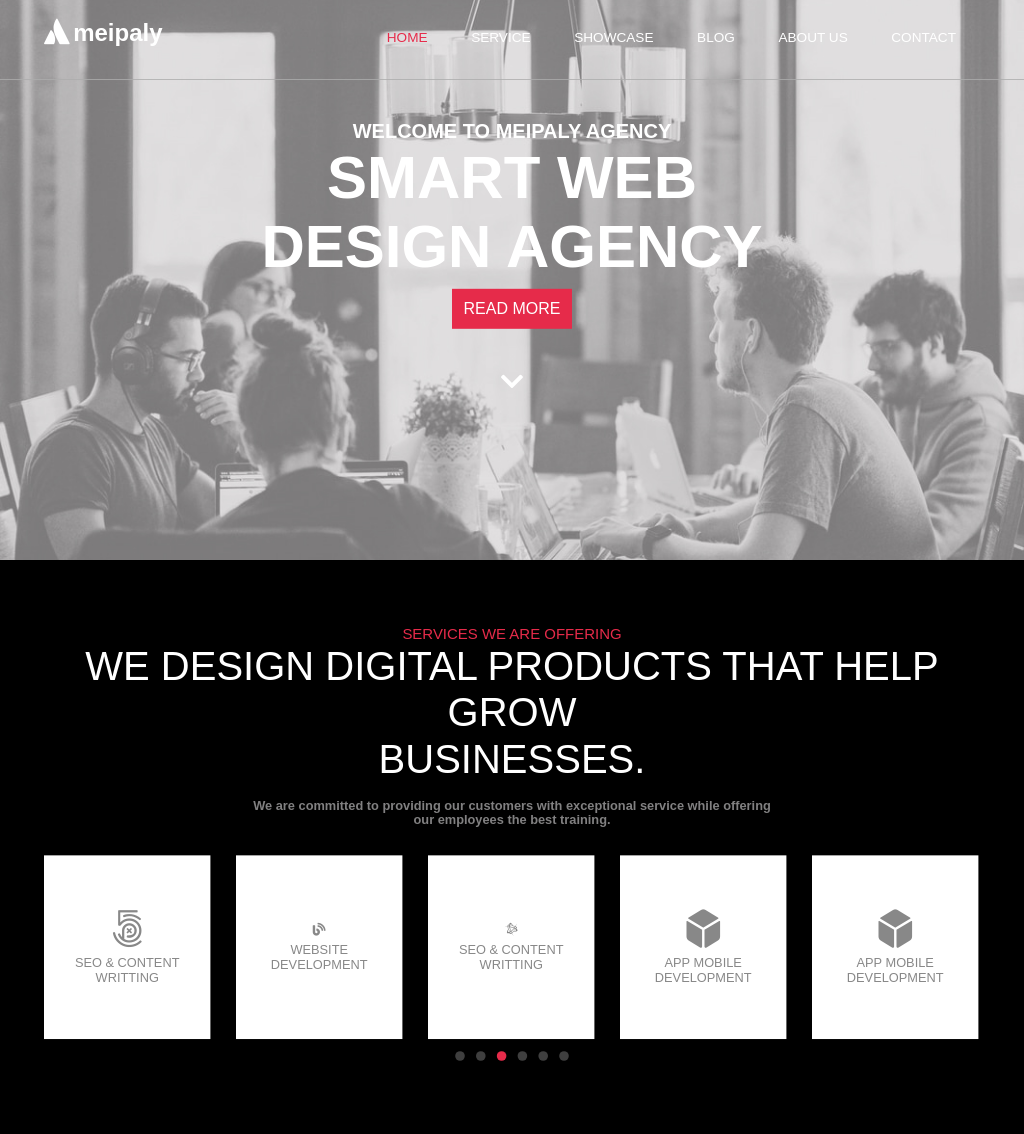
Repository: ToanNguyenThai/Meipaly
Page: index.html
These files come from the project's save history. The page is drawn as it stood at one moment and after the next save; the edit follows.
The browser window is 1280 px wide. The pictures show the whole page, at 80% of full size.

Above is the page before, as saved 2021-12-04 16:22:49.

After the next save:
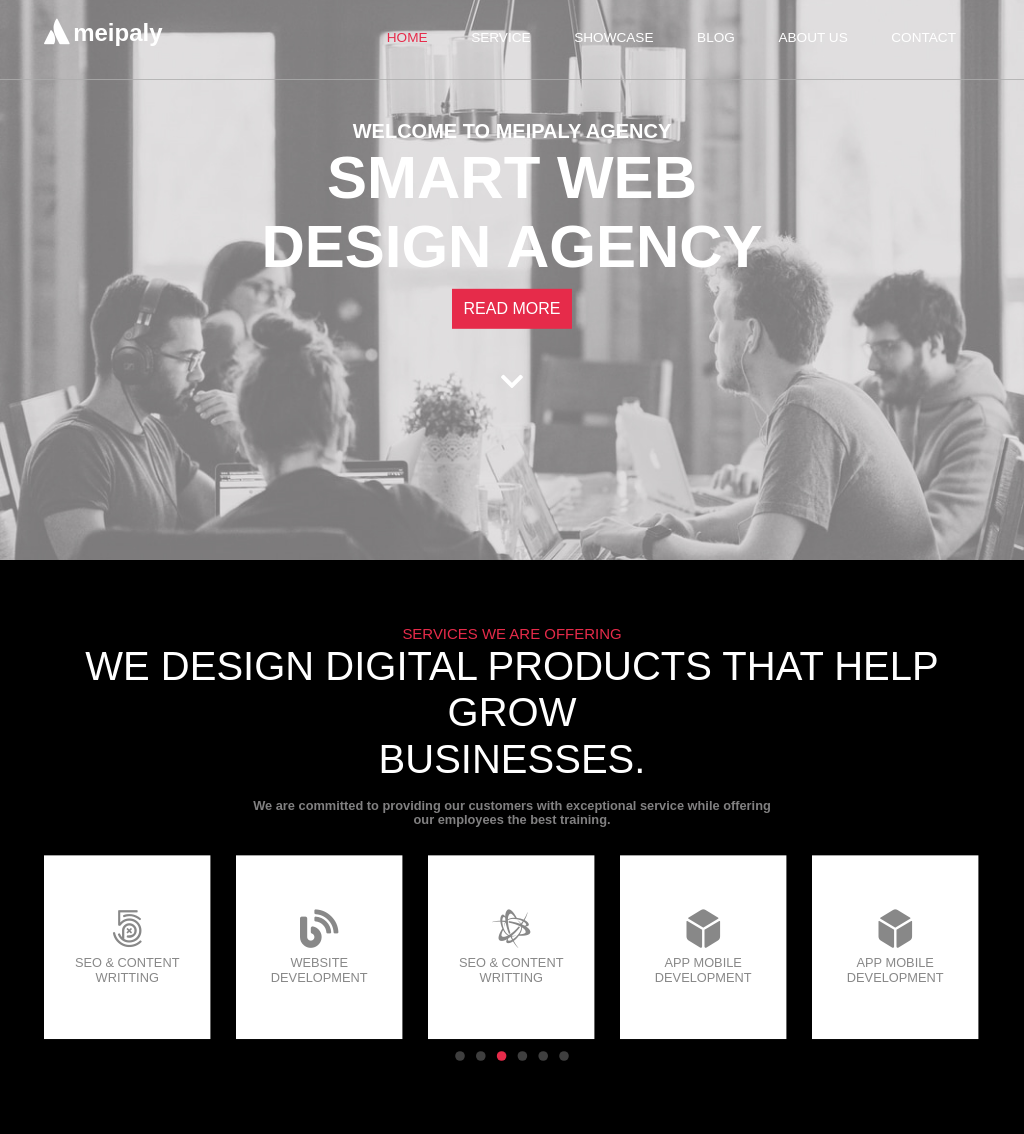
Saved 12 s later.
--- a/index.html
+++ b/index.html
@@ -113,11 +113,11 @@
                         <h3>SEO & CONTENT <br> WRITTING</h3>
                     </div>
                     <div class="carousel__item">
-                        <i class="fa fa-blog"></i>
+                        <i class="fa fa-blog fa-3x"></i>
                         <h3> WEBSITE <br> DEVELOPMENT</h3>
                     </div>
                     <div class="carousel__item">
-                        <i class="fab fa-battle-net"></i>
+                        <i class="fab fa-battle-net fa-3x"></i>
                         <h3>SEO & CONTENT <br> WRITTING</h3>
                     </div>
                     <div class="carousel__item">
